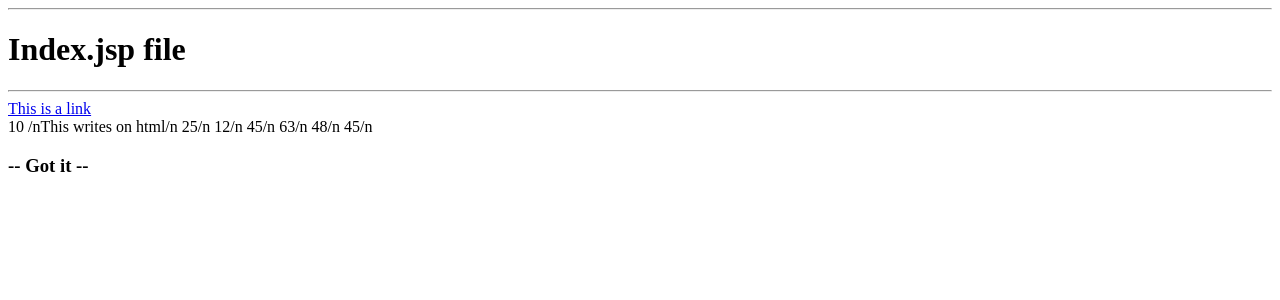
Repository: suraj-repositories/java-practice-2-advance-java-1
Page: http://localhost/Ad_09_JSPuse/
The author's editor kept a copy of each file at every save. The page is drawn from the files as they stood at one save, then again after the next save.
The browser window is 1280 px wide. The pictures show the whole page.
The page is served by Tomcat 9. Other server files are loaded and not shown.

Above is the page before, as saved 2023-07-21 13:36:17.

### Ad_09_JSPuse/src/main/webapp/index.jsp
<%@ page language="java" contentType="text/html; charset=ISO-8859-1"
    pageEncoding="ISO-8859-1"%>
<!DOCTYPE html>
<html>
<head>
<meta charset="ISO-8859-1">
<title>Insert title here</title>
</head>
<body>
<hr>
<h1>Index.jsp file</h1>
<hr>
<a href="link">This is a link</a>
<br>

<div>
<!-- DECLARATION -->
<%!		// in instance level(class level)
	public int sayHello(int number){		// we can use this method anywhere in program because it is in class level
	 	return number*2;
	}

%>
<%= sayHello(5) %>


<!-- SCTIPT LIT -->
<%	// you can write java & html both in jsp file (inside method(method level))



	System.out.println("hello world");
	int i=90;
	int j=89;
	System.out.println("sum = " +(i+j));


	out.write("/nThis writes on html/n");
%>

<%
	int arr[] = new int[]{25,12,45,63,48,45};

	for(int index : arr){%>
		<%= index + "/n"%> 		<!--  initialize -->
	<%}


%>

</div>

<h3> -- Got it --</h3>
</body>
</html>

After the next save:
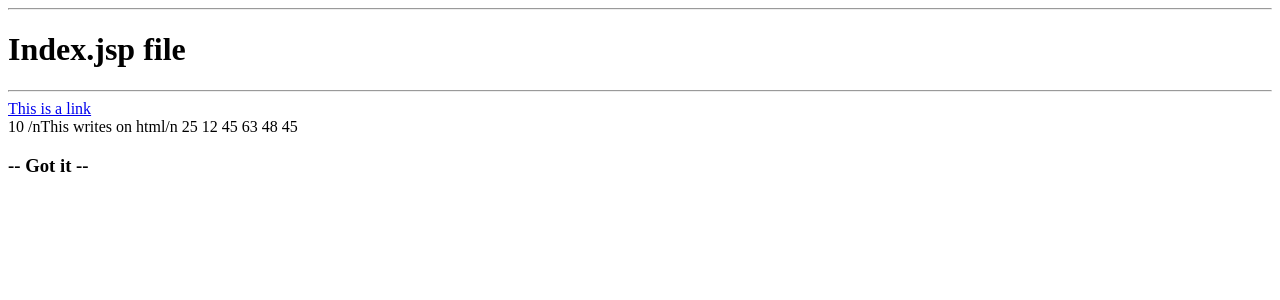
Saved 29 s later.
--- a/Ad_09_JSPuse/src/main/webapp/index.jsp
+++ b/Ad_09_JSPuse/src/main/webapp/index.jsp
@@ -42,7 +42,7 @@
 	int arr[] = new int[]{25,12,45,63,48,45};
 
 	for(int index : arr){%>
-		<%= index + "/n"%> 		<!--  initialize -->
+		<%= index %> 		<!--  initialize -->
 	<%}
 
 
